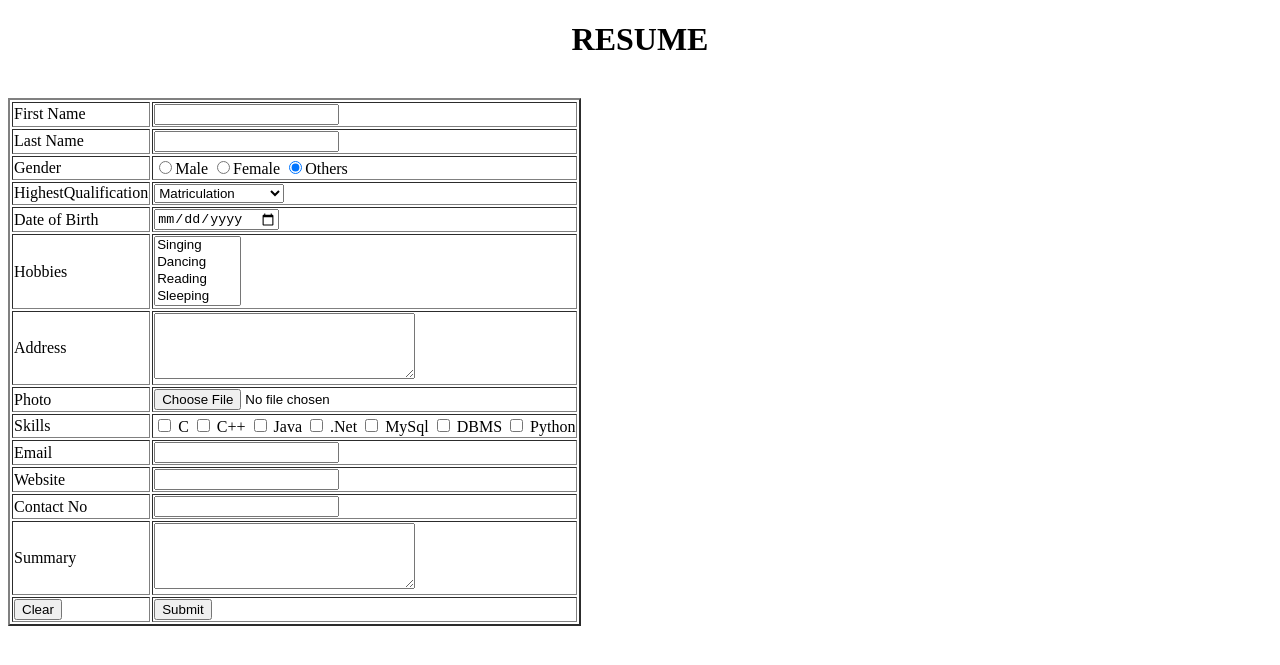
Repository: Rccalfa123/JEE
Page: MyFirstServlet/WebContent/Resume.html
These files come from the project's save history. The page is drawn as it stood at one moment and after the next save; the edit follows.
The browser window is 1280 px wide. The pictures show the whole page.

Above is the page before, as saved 2018-08-07 13:42:42.

### MyFirstServlet/WebContent/Resume.html
<!DOCTYPE html>
<html>
<head>
<meta charset="ISO-8859-1">
<title>Resume</title>
</head>
<body>
   <form action="MyServlet" method="get">
   <h1 align="center"> RESUME </h1><br>
  <table border="2">
   <tr><td>First Name </td><td><input type="text" name="fname"></td></tr>

   <tr><td>Last Name</td> <td> <input type="text" name="lname"></td></tr>

   <tr><td>Gender</td> <td><input type="radio" name = "gender" value="male" checked="checked">Male
   		  <input type="radio" name = "gender" value="female" checked="checked">Female
   		  <input type="radio" name = "gender" value="others" checked="checked">Others</td></tr>

   <tr><td>HighestQualification</td> <td><select name = "qualification">
            <option value="matriculation">Matriculation</option>
            <option value="intermediate">Intermediate</option>
            <option value="bachaolor_degree">Bachaelor Degree</option>
            <option value="masters">Masters</option>
   			</select></td></tr>

   <tr><td>Date of Birth</td><td> <input type="date" name="dob"></td></tr>

   <tr><td>Hobbies</td> <td><select multiple  name = "hobbies">
            <option value="singing">Singing</option>
            <option value="dancing">Dancing</option>
            <option value="reading">Reading</option>
            <option value="sleeping">Sleeping</option>
            <option value="eating">Eating</option>
            <option value="video_games">Video Games</option>
   			</select></td></tr>

   <tr><td>Address</td><td> <textarea name="address"   rows="4" cols="30"></textarea></td></tr>

   <tr><td>Photo</td><td><input type="file"  name="photo"></td></tr>


   <tr><td>Skills </td>   <td><input type="checkbox" name="skills" value="c"> C
   			 <input type="checkbox" name="skills" value="c++"> C++
   			 <input type="checkbox" name="skills" value="java"> Java
  			 <input type="checkbox" name="skills" value=".net"> .Net
  			 <input type="checkbox" name="skills" value="mysql"> MySql
   			 <input type="checkbox" name="skills" value="dbms"> DBMS
   			 <input type="checkbox" name="skills" value="python"> Python</td></tr>

  <tr><td>Email</td> <td>   <input type="email"  name="email"> </td></tr>

  <tr><td>Website</td> <td> <input type="url" name="website"></td></tr>

  <tr><td>Contact No</td> <td><input type="text" name="contact_no"> </td></tr>

  <tr><td>Summary </td><td> <textarea name="summary"   rows="4" cols="30"></textarea></td></tr>

  <tr> <td><input type="reset" value="Clear"></td><td> <input type="submit" value="Submit"> </td></tr>
  </table>
 </form>


</body>
</html>

After the next save:
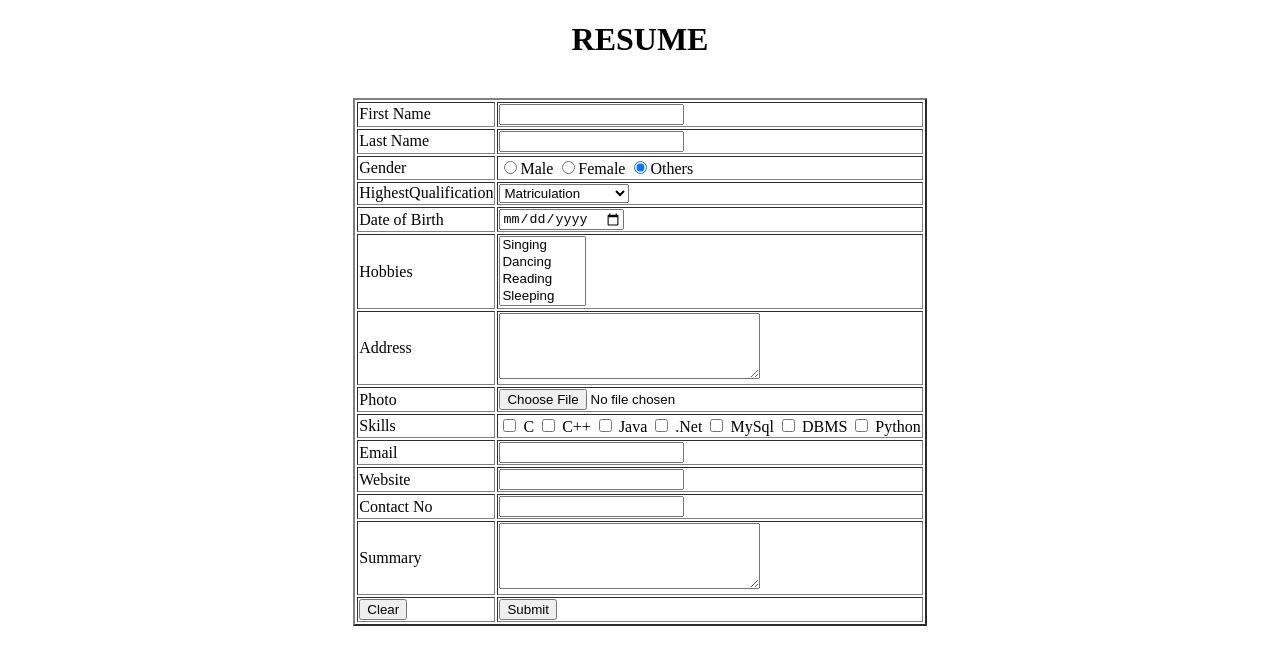
Saved 48 s later.
--- a/MyFirstServlet/WebContent/Resume.html
+++ b/MyFirstServlet/WebContent/Resume.html
@@ -7,7 +7,7 @@
 <body>
    <form action="MyServlet" method="get">
    <h1 align="center"> RESUME </h1><br>
-  <table border="2">
+  <table border="2" align="center" >
    <tr><td>First Name </td><td><input type="text" name="fname"></td></tr>
 
    <tr><td>Last Name</td> <td> <input type="text" name="lname"></td></tr>
